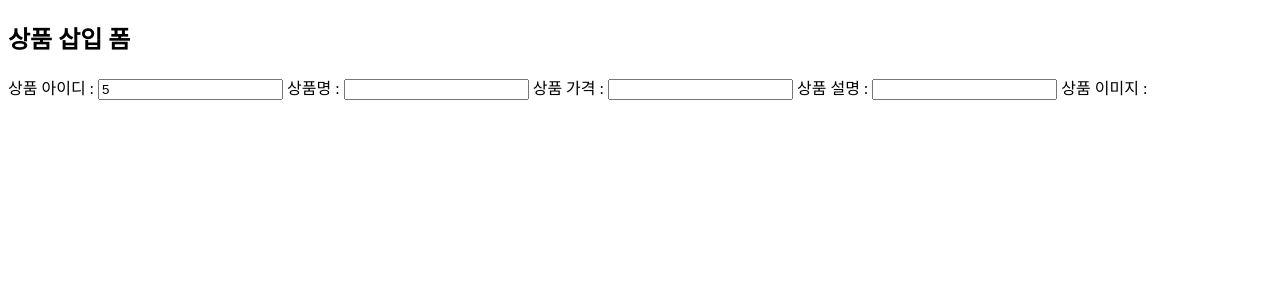
Repository: JhPlayGround/jsp
Page: http://localhost/chap03_MVC_JDBC/WEB-INF/views/jsp/insertForm.jsp
These files come from the project's save history. The page is drawn as it stood at one moment and after the next save; the edit follows.
The browser window is 1280 px wide. The pictures show the whole page.
The page is served by Tomcat 9. Nobody is signed in. Other server files are loaded and not shown. The template is opened directly, without the code that normally fills it, so the values that code supplies are empty.

Above is the page before, as saved 2019-08-06 01:54:09.

### workspace/chap03_MVC_JDBC/src/main/webapp/WEB-INF/views/jsp/insertForm.jsp
<%@ page language="java" contentType="text/html; charset=UTF-8"
    pageEncoding="UTF-8"%>
<!DOCTYPE html>
<html>
<head>
<meta charset="UTF-8">
<title>Insert title here</title>
</head>
<body>
	<h2>상품  삽입 폼</h2>
	<form method="post">
		상품 아이디 : <input id = "item_id" name = "item_id" value = "5">
 		상품명 : <input id = "item_name" naem = "item_name">
		상품 가격 : <input id = "item_price" name = "item_price">
		상품 설명 : <input id = "item_des" name = "item_des">
		상품 이미지 :
	</form>
</body>
</html>

After the next save:
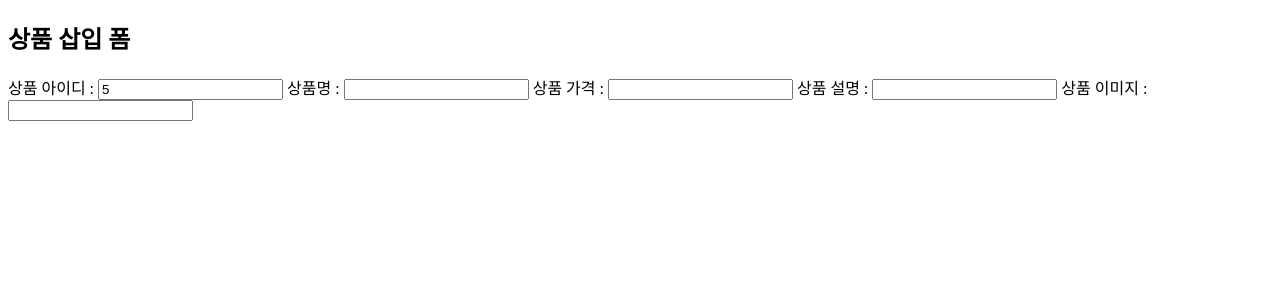
Saved 20 s later.
--- a/workspace/chap03_MVC_JDBC/src/main/webapp/WEB-INF/views/jsp/insertForm.jsp
+++ b/workspace/chap03_MVC_JDBC/src/main/webapp/WEB-INF/views/jsp/insertForm.jsp
@@ -13,7 +13,7 @@
  		상품명 : <input id = "item_name" naem = "item_name">
 		상품 가격 : <input id = "item_price" name = "item_price">
 		상품 설명 : <input id = "item_des" name = "item_des">
-		상품 이미지 :
+		상품 이미지 : <input id = "item_pic" name = "item_pic">
 	</form>
 </body>
 </html>
